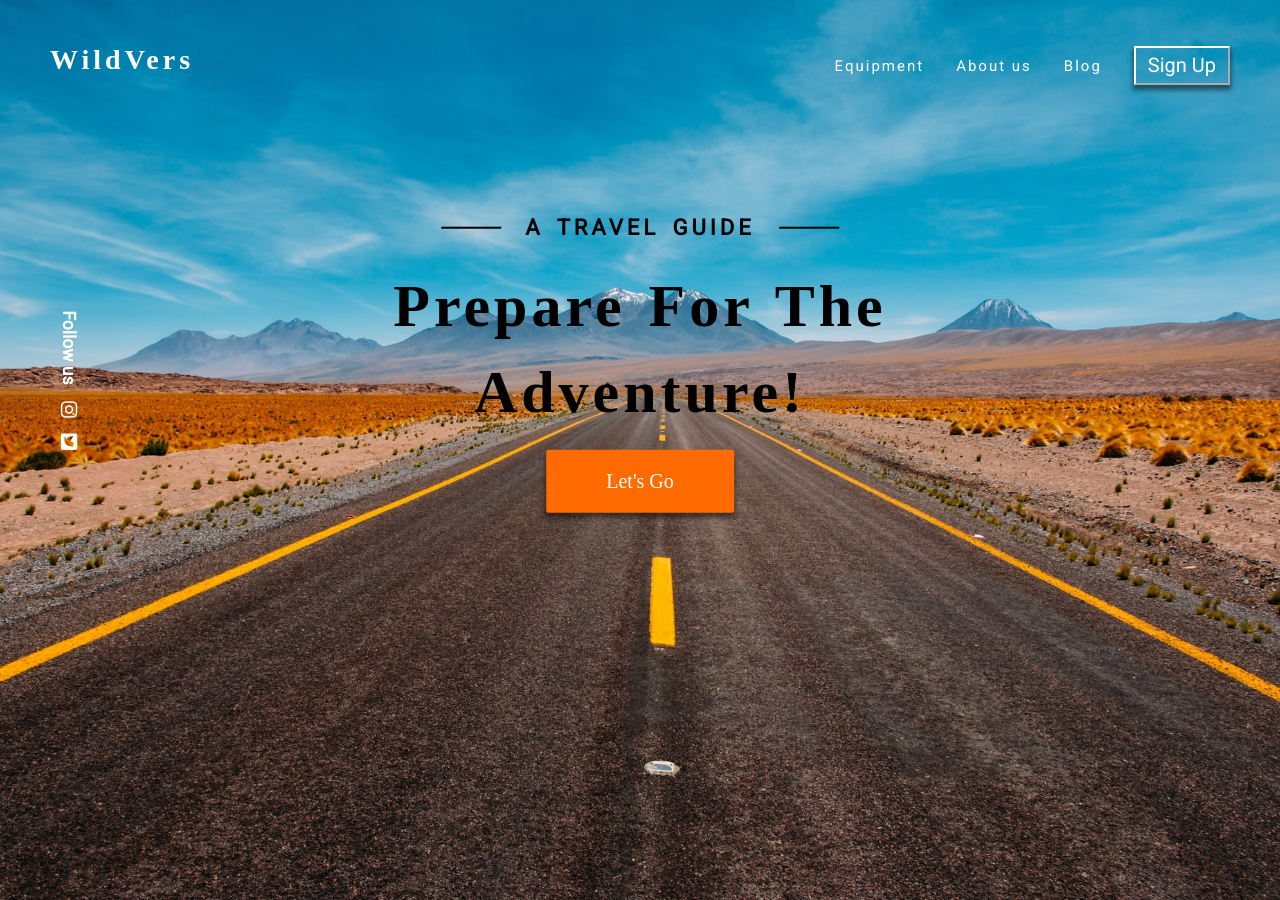
Repository: Hunga9k50doker/wildver-travel
Page: src/index.html
These files come from the project's save history. The page is drawn as it stood at one moment and after a run of saves; the edit follows.
The browser window is 1280 px wide. The pictures show the whole page.
Some web fonts or font styles are not loaded; a fallback is used. The style sheet was rebuilt from its Sass, Less or Tailwind sources for each picture, by a compiler version that may differ from the author's.

Above is the page before, as saved 2021-08-26 00:41:48.

After the next 4 saves:
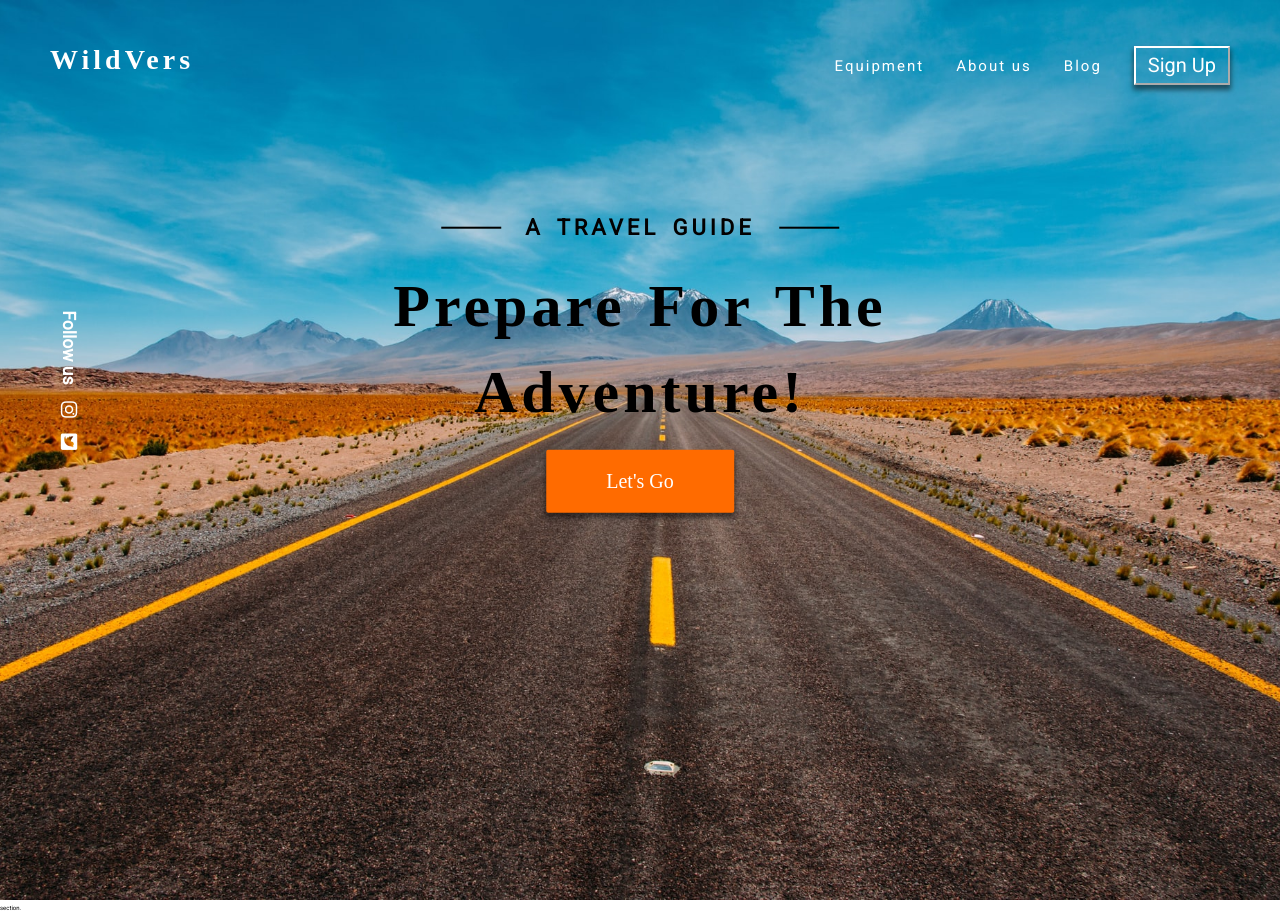
The 4 saves are shown as one change because they came seconds apart.
The last was saved 13 s later.
--- a/src/index.html
+++ b/src/index.html
@@ -43,7 +43,7 @@
             </section>
         </section>
         <section class="grip wide">
-
+            section.
         </section>
     </div>
 </body>

After the save that followed:
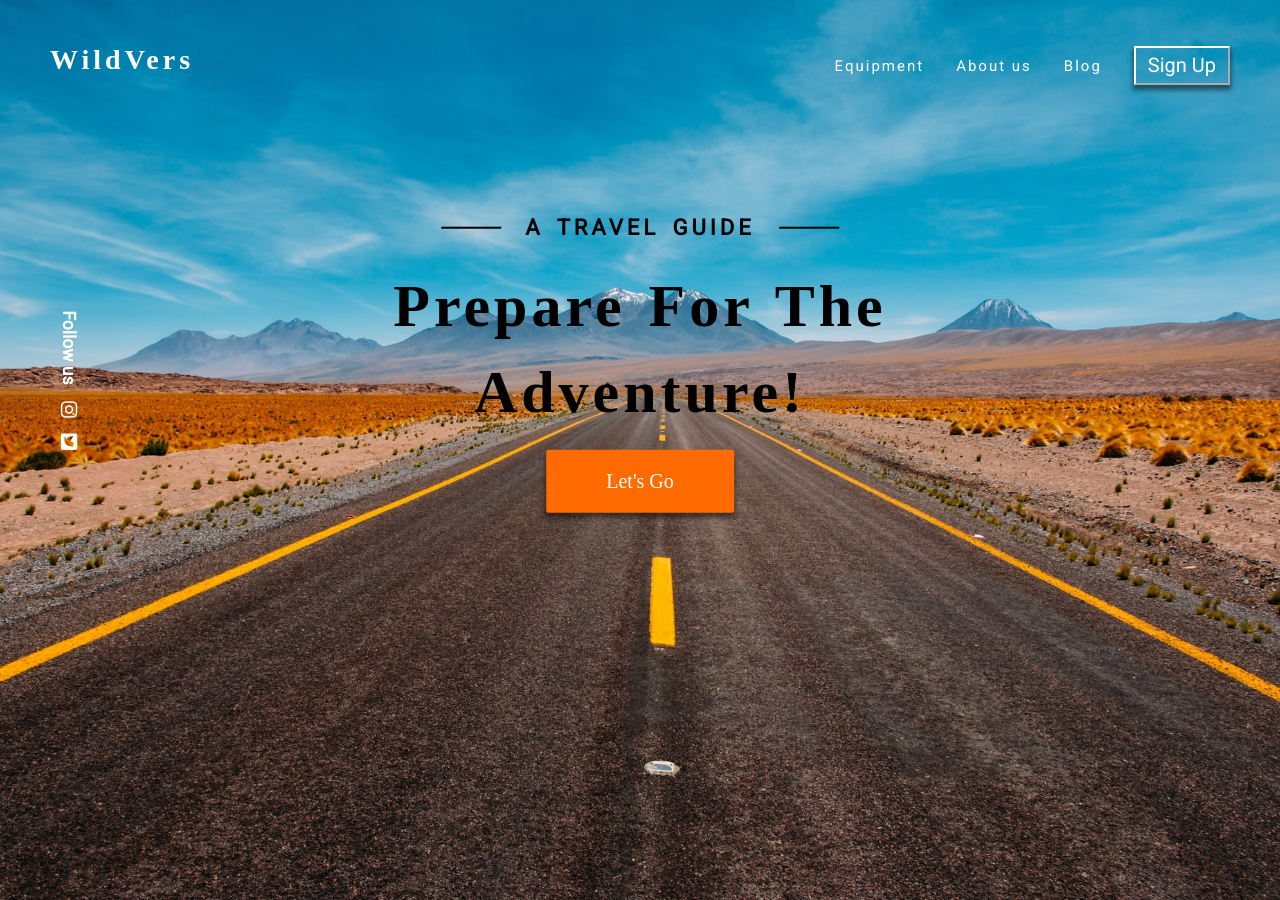
Saved 4 s later.
--- a/src/index.html
+++ b/src/index.html
@@ -43,7 +43,9 @@
             </section>
         </section>
         <section class="grip wide">
-            section.
+            <section class="container">
+
+            </section>
         </section>
     </div>
 </body>
